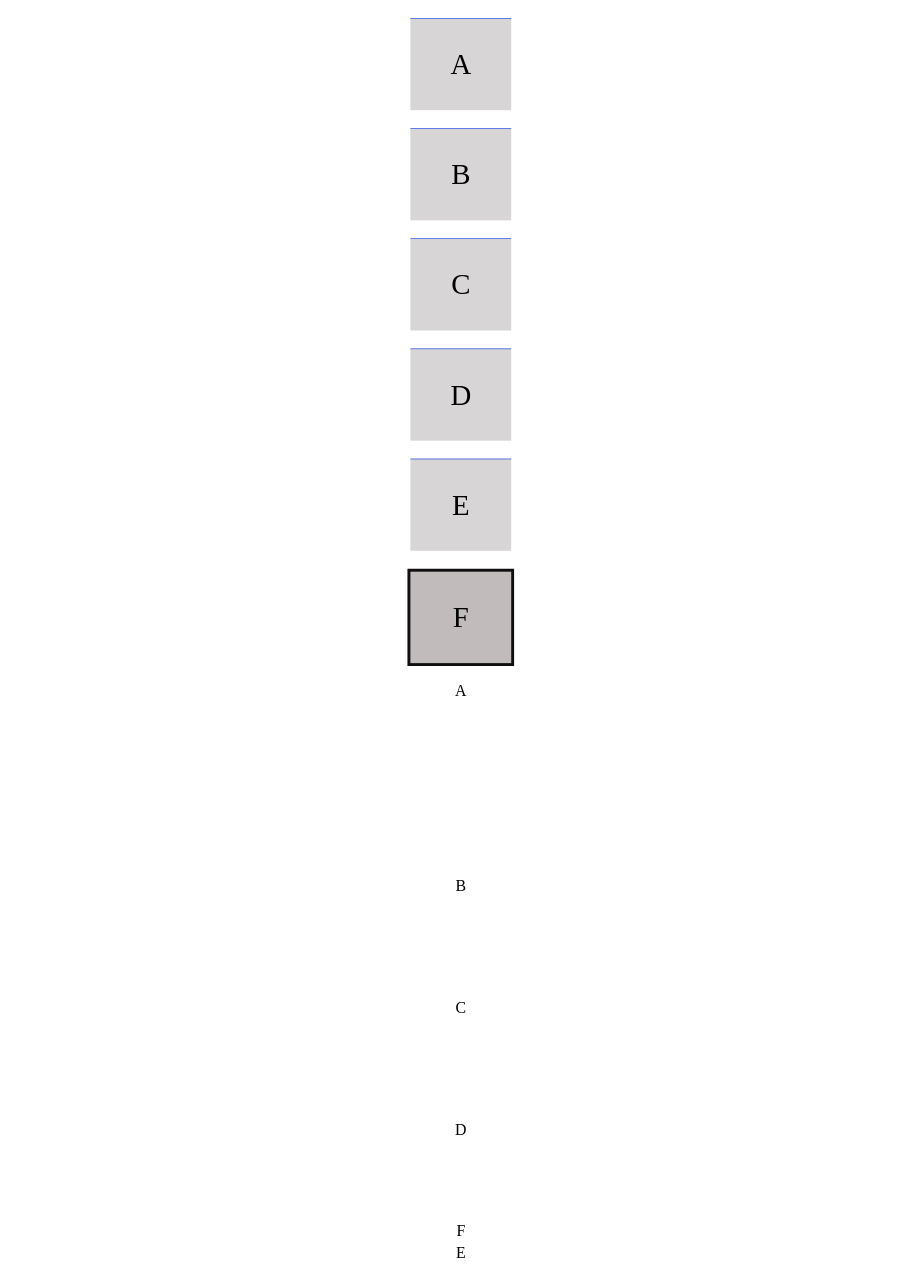
Repository: HoangDuy315/HW_TVK
Page: ex2/index.html
These files come from the project's save history. The page is drawn as it stood at one moment and after the next save; the edit follows.
The browser window is 1280 px wide. The pictures show the whole page, at 72% of full size.

Above is the page before, as saved 2022-10-10 20:57:25.

After the next save:
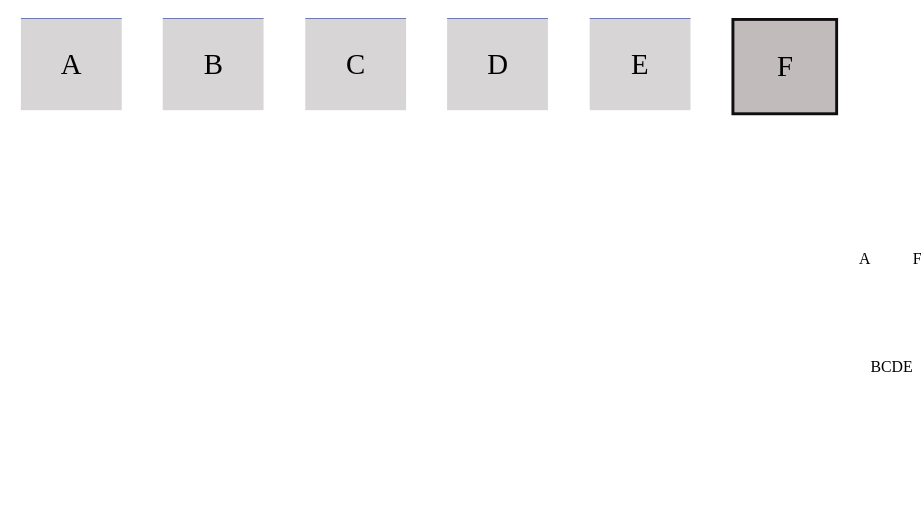
Saved 12 s later.
--- a/ex2/styleB.css
+++ b/ex2/styleB.css
@@ -1,4 +1,5 @@
 body {
+  flex-direction: row;
   margin: auto;
   display: flex;
   align-items: center;
